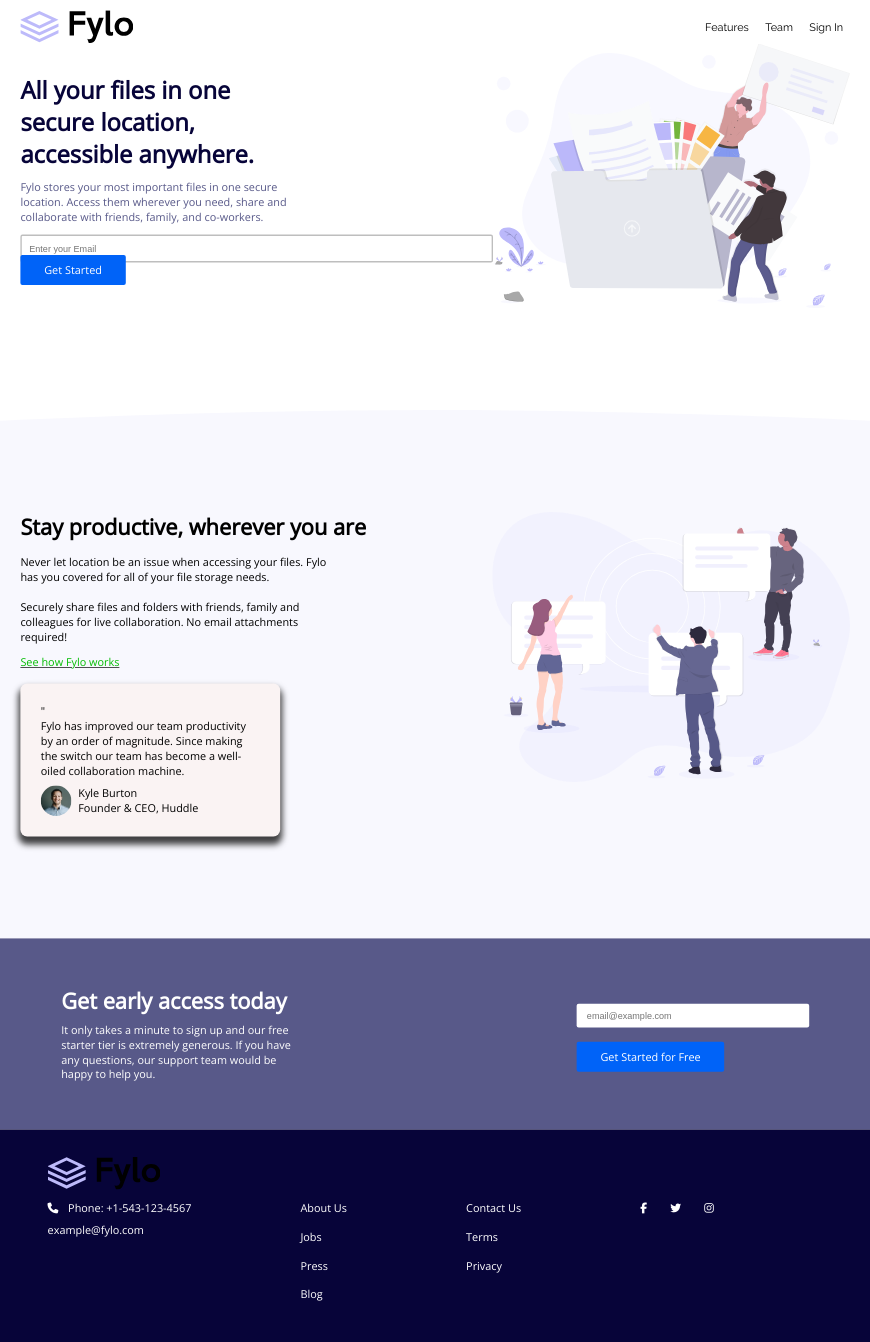
Repository: Gozo101/Black-Skin-Brother
Page: Nov-Dec Projects/fylo-landing-page-with-two-column-layout-master/index.html
The author's editor kept a copy of each file at every save. The page is drawn from the files as they stood at one save, then again after the next save.
The browser window is 1280 px wide. The pictures show the whole page, at 68% of full size.
Some web libraries are served in a nearby version.

Above is the page before, as saved 2024-01-11 12:39:09.

### Nov-Dec Projects/fylo-landing-page-with-two-column-layout-master/index.html
<!DOCTYPE html>
<html lang="en">
<head>
  <meta charset="UTF-8">
  <meta http-equiv="X-UA-Compatible" content="IE=edge">
  <meta name="viewport" content="width=device-width, initial-scale=1.0">
  <link rel="icon" type="image/png" sizes="32x32" href="./images/favicon-32x32.png">
  <link rel="stylesheet" href="style.css">
  <script src="https://kit.fontawesome.com/8655d38ad2.js" crossorigin="anonymous"></script>
  <title>Frontend Mentor | Fylo landing page with two column layout</title>
  <link href="https://fonts.googleapis.com/css2?family=Inter&family=Lexend+Deca&family=Nunito&family=Open+Sans&family=Outfit&family=PT+Sans&family=Poppins&family=Public+Sans&family=Raleway&family=Red+Hat+Display&display=swap" rel="stylesheet">
</head>
<body>
  <div class="bodzy">
  <nav>
    <img src="./images/logo.svg" alt="" class="logo">

    <ul>
      <li><a href="#">Features</a></li>
      <li><a href="#">Team</a></li>
      <li><a href="#">Sign In</a></li>
    </ul>
  </nav>

  <div class="store-img">
    <div class="storage">
      <h1>All your files in one secure location,
       accessible anywhere.</h1>
      <p>Fylo stores your most important files in one secure location.
      Access them wherever you need, share and collaborate with friends,
      family, and co-workers.</p>
      <input type="email" name="email" placeholder="Enter your Email" id="email">

      <a href="#">Get Started</a>
    </div>

    <img src="./images/illustration-1.svg" alt="" class="secure">
  </div>
</div>

  <div class="productive">
    <div class="stay-productive">
      <h1>Stay productive, wherever you are</h1>
      <p>Never let location be an issue when accessing your files. Fylo has you
      covered for all of your file storage needs.
      <br>
      <br>
      Securely share files and folders with friends, family and colleagues for
      live collaboration. No email attachments required!</p>

      <div class="see-how">
      <a href="#">See how Fylo works</a>
      </div>

      <div class="card">
        <p>" <br> Fylo has improved our team productivity by an order of magnitude. Since
        making the switch our team has become a well-oiled collaboration machine.
        </p>

        <div class="testifier">
          <img src="./images/avatar-testimonial.jpg" class="kyle" alt="">
          <p>Kyle Burton <br> Founder &amp; CEO, Huddle</p>
        </div>
      </div>
    </div>

    <img src="./images/illustration-2.svg" alt="" class="figure">
  </div>



<div class="newsletter">
    <div class="text">
      <h1>Get early access today</h1>
      <p>It only takes a minute to sign up and our free starter tier is extremely generous.
      If you have any questions, our support team would be happy to help you.
      </p>
    </div>


      <div class="letter">
        <div class="mail">
        <input type="email" name="email" placeholder="email@example.com" id="email">
      </div>
      <br>
      <a href="#">Get Started for Free</a>
      </div>
    </div>

  <footer>
    <div class="logo-contact">
      <img src="./images/logo.svg" class="logo" alt="">
      <p>
        <i class="fa-solid fa-phone" style="padding-right: 10px;"></i>
        Phone: +1-543-123-4567</p>

      <a href="mailto:example@fylo.com" >example@fylo.com</a>
    </div>

    <div class="lists">
      <ul>
        <li><a href="#">About Us</a></li>
        <li><a href="#">Jobs</a></li>
        <li><a href="#">Press</a></li>
        <li><a href="#">Blog</a></li>
      </ul>
    </div>

    <div class="lists">
      <ul>
        <li><a href="#">Contact Us</a></li>
        <li><a href="#">Terms</a></li>
        <li><a href="#">Privacy</a></li>
      </ul>
    </div>

    <ul class="socials">
      <a id="fb" href="#"><i class="fa-brands fa-facebook-f"></i></a>
      <a id="twitter" href="#"><i class="fa-brands fa-twitter"></i></a>
      <a id="ig" href="#"><i class="fa-brands fa-instagram"></i></a>
    </ul>
  </footer>
</body>
</html>

### Nov-Dec Projects/fylo-landing-page-with-two-column-layout-master/style.css
*{
  margin: 0;
  padding: 0;
  box-sizing: border-box;
}

body{
  /* border: 2px solid red; */
  background-color: white;
  /* background-color: rgb(253, 96, 96); */
  font-family: 'Open Sans', sans-serif;
}

.bodzy{
  padding: 0 30px;
}

nav{
  display: flex;
  align-items: center;
  justify-content: space-between;
  padding-top: 15px;
  font-family: 'Raleway', sans-serif;
}

nav .logo{
  cursor: pointer;
}

nav ul li{
  list-style: none;
  display: inline;
  padding: 0 10px;
}

nav a{
  text-decoration: none;
  color: black;
}

.store-img{
  display: grid;
  grid-template-columns: repeat(2, auto);
  align-items: center;
  padding-bottom: 150px;
}

.storage h1{
  width: 60%;
  color: hsl(243, 87%, 12%);
  font-size: 35px;
  padding-bottom: 15px;
}

.storage p{
  color: hsl(238, 22%, 44%);
  width: 60%;
  padding-bottom: 15px;
}


.storage #email{
  padding: 11px 11px;
  padding-right: 65px;
  border-radius: 3px;
  border: rgb(190, 190, 190) solid 2px;
  width: 100%;
}

.storage a{
  text-decoration: none;
  text-align: center;
  color: white;
  background-color: rgb(0, 99, 248);
  padding: 11px 35px;
  border-radius: 3px;
}
.secure{
  width: 100%;
}

.productive{
  background-image: url(./images/bg-curve-desktop.svg);
  /* background-repeat: no-repeat; */
  /* background-size:cover; */
  background-repeat: no-repeat;
  background-position: center;
  background-size: cover;
  padding-bottom: 100px;
  display: grid;
  grid-template-columns: repeat(2, auto);
  padding: 150px 30px;

}

.stay-productive p{
  width: 65%;
  padding-top: 20px;
  padding-bottom: 10px;
}

.see-how{
  text-decoration: underline;
  padding-bottom: 20px;
  padding-top: 5px;
}

.see-how a{
  text-decoration: none;
  color: rgb(3, 189, 3);
}

.card{
  background-color: rgb(250, 243, 243);
  padding: 30px;
  width: 55%;
  border-radius: 10px;
  box-shadow: 0px 9px 10px 3px rgba(0, 0, 0, 0.75);
  transition: all 1s ease-in-out;
  transform: scale(1);
}

.card:hover{
  transform: scale(1.05);
}

.card p{
  width: 100%;
  padding: 0;
}

.testifier{
  display: flex;
  align-items: center;
  padding-top: 10px;
}

.testifier p{
  padding-left: 10px;
}
.kyle{
  border-radius: 100px;
  width: 14%;
  transition: all 1s ease-in-out;
  transform: scale(1)
}

.kyle:hover{
  width: 50%;
  border-radius: 20px;
  transform: scale(1.05);
}

.figure{
  width: 100%;
}

.newsletter{
  background-color:hsl(238, 22%, 44%);
  color: white;
  padding: 70px 90px;
  display: grid;
  grid-template-columns: repeat(2, auto);
  align-items: center;
}

.text p{
  padding-top: 10px;
  width: 48%;
}

.mail{
  padding-bottom: 10px;
}
.letter #email{
  padding: 10px 15px;
  padding-right: 150px;
  border-radius: 3px;
  /* border: rgb(190, 190, 190) solid 2px; */
  border: none;
}

.letter a{
  text-decoration: none;
  text-align: center;
  color: white;
  background-color: rgb(0, 99, 248);
  padding: 11px 35px;
  border-radius: 3px;
}

footer{
  display: grid;
  grid-template-columns: repeat(4, auto);
  background-color: hsl(243, 87%, 12%);
  color: white;
  padding: 40px 70px;
}

footer img, footer p{
  padding-bottom: 10px;
}
footer a{
  text-decoration: none;
  color: white;
}
footer .lists ul, footer ul{
  padding-top: 65px;
}

footer .lists li{
  list-style: none;
  padding-bottom: 20px;

}

footer ul{
  align-items: center;
}

footer ul a{
  padding: 10px 15px;
}

footer #fb, footer #twitter, footer #ig{
  transition: all 1s ease-in-out;
  transform: scale(1);
}
footer #fb:hover{
  color: rgb(17, 53, 255);
  background-color: white;
  border-radius: 50px;
  transform: scale(1.1);
}

footer #twitter:hover {
  color: rgb(17, 180, 255);
  background-color: white;
  border-radius: 50px;
  transform: scale(1.1);
}

footer #ig:hover {
  background-image: linear-gradient(to right, rgb(240, 55, 86), purple);
  background-color: white;
  border-radius: 50px;
  border: none;
  transform: scale(1.1);
}

@media only screen and (max-width: 768px) {
  body{
    /* border: 2px solid red; */
  }


  .logo{
    width: 90px;
  }
  nav ul li {
    padding: 0 5px;
  }

  .store-img{
    display: flex;
    flex-direction: column;
    padding-top: 30px;
    text-align: center;
  }
  .store-img h1, .store-img p{
    width: 100%;
  }

  .store-img h1{
  font-size: 30px;
  }

  .storage a, .storage #email{
    display: block;
  }

  .storage #email{
    padding-right: 200px;
  }

  .productive{
    display: flex;
    flex-direction: column;
    text-align: center;
  }

  .stay-productive h1{
    font-size: 16px;
  }

  .stay-productive p{
    width: 100%;
    text-align: left;
  }

  .card{
    width: 100%;
    box-shadow: none;
  }

  .newsletter{
    display: flex;
    flex-direction: column;
    padding: 40px 50px;
  }

  .text p{
    width: 100%;
    padding: 0;
    text-align: center;
    padding-bottom: 10px;
  }

  .text h1{
    font-size: 20px;
    text-align: center;
    padding-bottom: 10px;
  }

  .letter a{
    display: block;
  }

  footer{
    display: flex;
    flex-direction: column;
    text-align: left;
  }

  footer .socials{
    padding-left: 50px;
  }
}

After the next save:
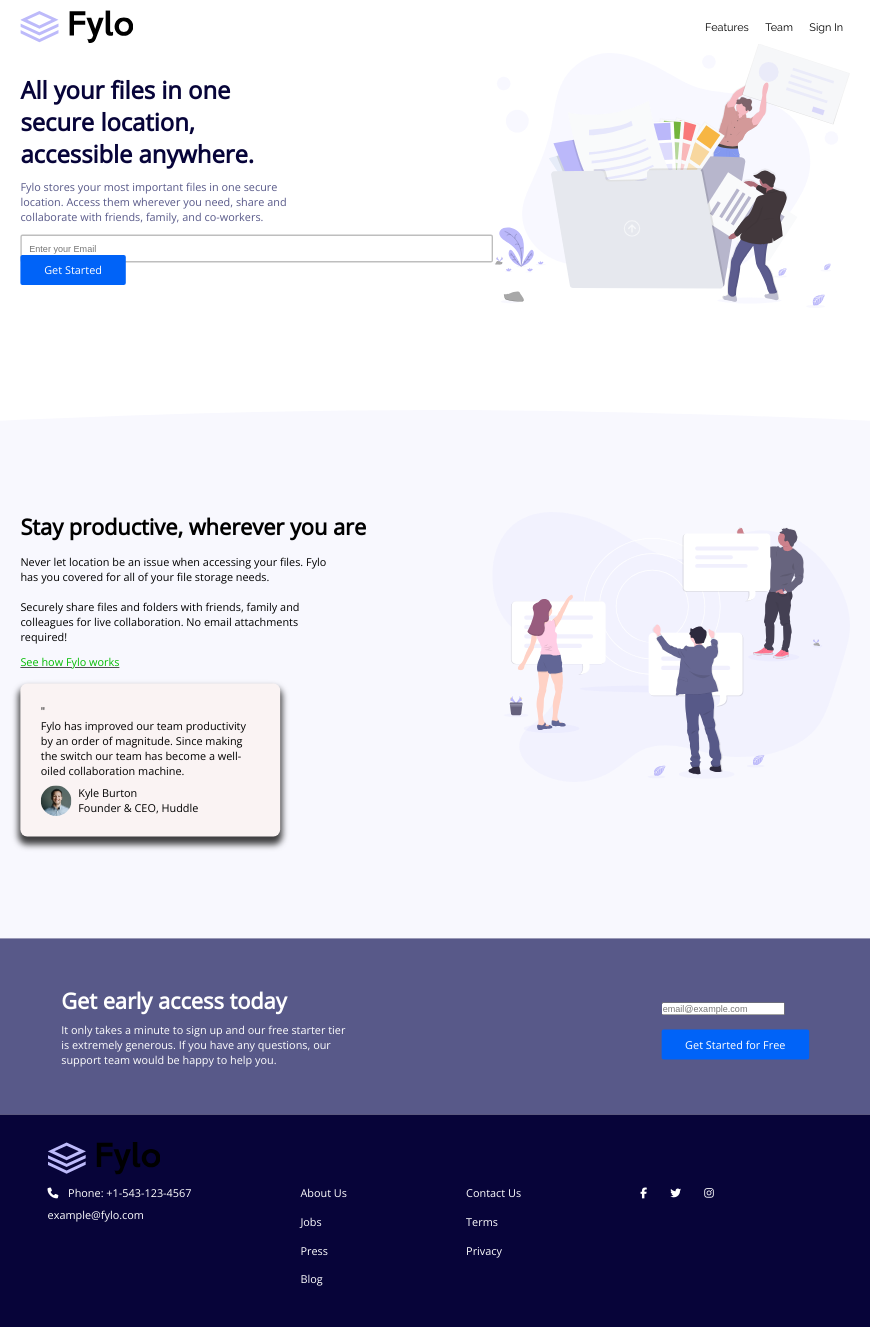
Saved 22 s later.
--- a/Nov-Dec Projects/fylo-landing-page-with-two-column-layout-master/index.html
+++ b/Nov-Dec Projects/fylo-landing-page-with-two-column-layout-master/index.html
@@ -80,7 +80,7 @@
 
       <div class="letter">
         <div class="mail">
-        <input type="email" name="email" placeholder="email@example.com" id="email">
+        <input type="email" name="email" placeholder="email@example.com" id="email1">
       </div>
       <br>
       <a href="#">Get Started for Free</a>

After the save that followed:
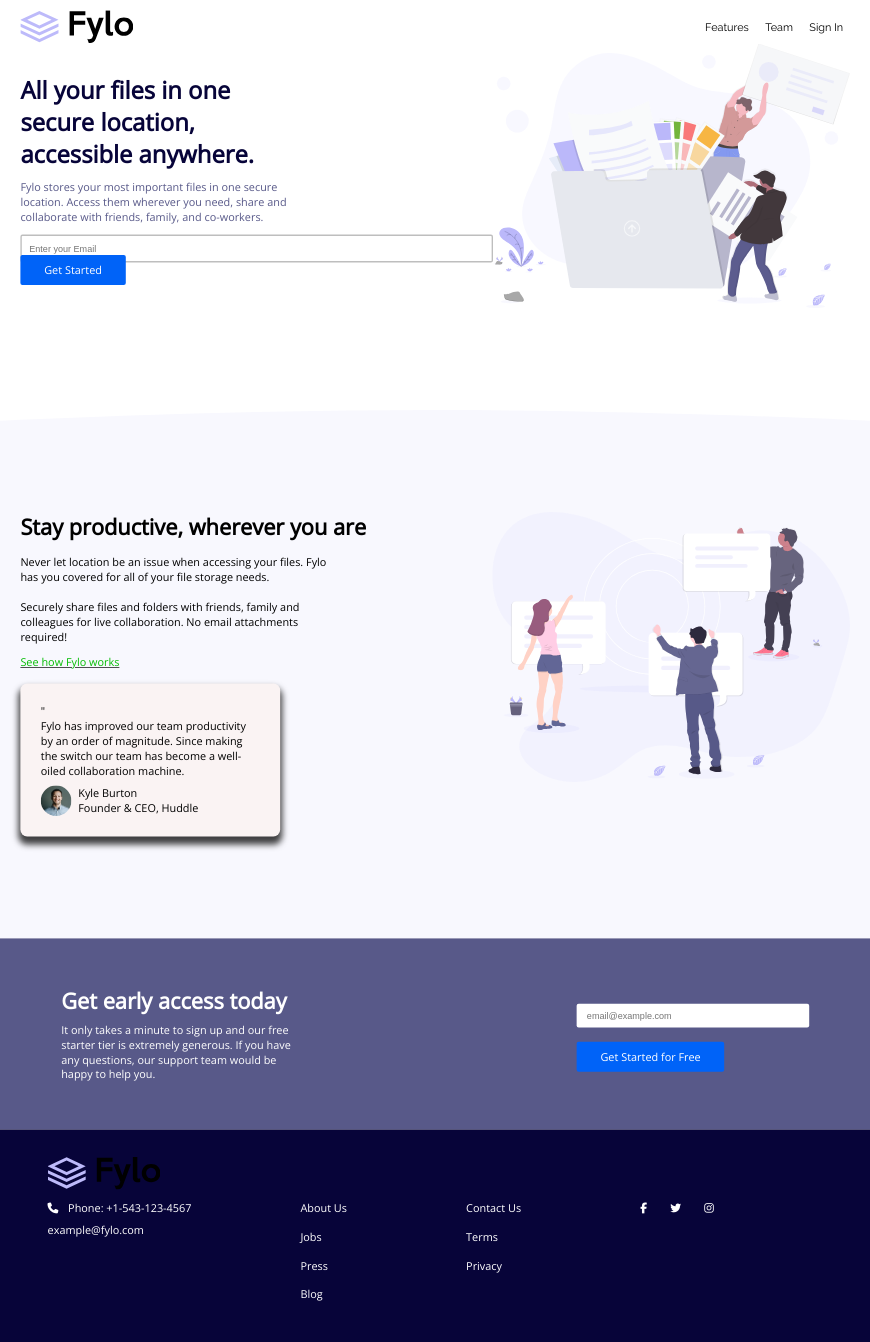
Saved 12 s later.
--- a/Nov-Dec Projects/fylo-landing-page-with-two-column-layout-master/style.css
+++ b/Nov-Dec Projects/fylo-landing-page-with-two-column-layout-master/style.css
@@ -172,7 +172,7 @@ nav a{
 .mail{
   padding-bottom: 10px;
 }
-.letter #email{
+.letter #email1{
   padding: 10px 15px;
   padding-right: 150px;
   border-radius: 3px;
